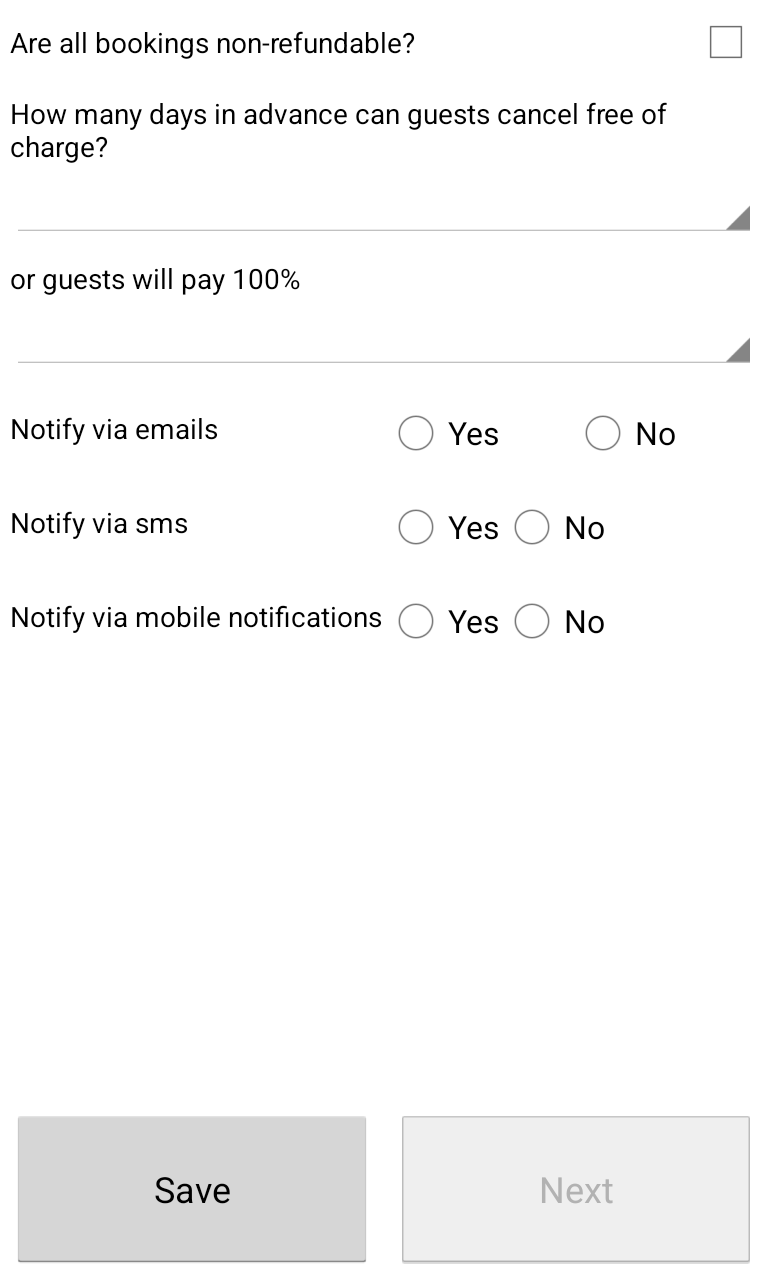
Repository: pankajk7/hotel_mockup
Layout: Hotel_MockUp/res/layout/cancellation_policy_layout.xml
These files come from the project's save history. The layout is drawn as it stood at one moment and after the next save; the edit follows.
It is drawn on a 768 x 1280 px phone screen (xhdpi) without system bars, with theme AppTheme; the app's code is not run.

Above is the layout before, as saved 2014-11-05 09:09:18.

### Hotel_MockUp/res/layout/cancellation_policy_layout.xml
<?xml version="1.0" encoding="utf-8"?>
<LinearLayout xmlns:android="http://schemas.android.com/apk/res/android"
    android:layout_width="fill_parent"
    android:layout_height="fill_parent"
    android:background="#fff"
    android:orientation="vertical" >

    <ScrollView
        android:layout_width="match_parent"
        android:layout_height="match_parent"
        android:layout_weight="1" >

        <LinearLayout
            android:layout_width="match_parent"
            android:layout_height="match_parent"
            android:orientation="vertical" >

            <LinearLayout
                android:layout_width="match_parent"
                android:layout_height="wrap_content"
                android:layout_margin="5dp"
                android:layout_weight="0"
                android:orientation="horizontal" >

                <TextView
                    style="@style/textviewstyle"
                    android:layout_width="match_parent"
                    android:layout_height="match_parent"
                    android:layout_weight="2.5"
                    android:gravity="center_vertical|left"
                    android:text="Are all bookings non-refundable?"
                    android:textSize="14dp" />

                <CheckBox
                    android:id="@+id/checkbox_cancellation_policy_nonRefundable"
                    android:layout_width="wrap_content"
                    android:layout_height="wrap_content"
                    android:layout_marginLeft="5dp" />
            </LinearLayout>

            <LinearLayout
                android:layout_width="match_parent"
                android:layout_height="wrap_content"
                android:layout_margin="5dp"
                android:layout_weight="0"
                android:orientation="vertical" >

                <TextView
                    style="@style/textviewstyle"
                    android:layout_width="match_parent"
                    android:layout_height="match_parent"
                    android:layout_weight="2.5"
                    android:gravity="center_vertical|left"
                    android:text="How many days in advance can guests cancel free of charge?"
                    android:textSize="14dp" />

                <Spinner
                    android:id="@+id/spinner_cancelllation_policy_days"
                    android:layout_width="match_parent"
                    android:layout_height="wrap_content"
                    android:layout_marginTop="5dp"
                    android:prompt="@string/condition_prompt" />
            </LinearLayout>

            <LinearLayout
                android:layout_width="match_parent"
                android:layout_height="wrap_content"
                android:layout_margin="5dp"
                android:layout_weight="0"
                android:orientation="vertical" >

                <TextView
                    style="@style/textviewstyle"
                    android:layout_width="match_parent"
                    android:layout_height="match_parent"
                    android:layout_weight="2.5"
                    android:gravity="center_vertical|left"
                    android:text="or guests will pay 100%"
                    android:textSize="14dp" />

                <Spinner
                    android:id="@+id/spinner_cancelllation_policy_condition"
                    android:layout_width="match_parent"
                    android:layout_height="wrap_content"
                    android:layout_marginTop="5dp" />
            </LinearLayout>

            <LinearLayout
                android:layout_width="match_parent"
                android:layout_height="wrap_content"
                android:layout_margin="5dp"
                android:layout_weight="0"
                android:orientation="horizontal" >

                <TextView
                    style="@style/textviewstyle"
                    android:layout_width="match_parent"
                    android:layout_height="match_parent"
                    android:layout_weight="1"
                    android:gravity="center_vertical|left"
                    android:text="Notify via emails"
                    android:textSize="14dp" />

                <RadioGroup
                    android:id="@+id/radioGroup_cancellationPolicy_email"
                    android:layout_width="match_parent"
                    android:layout_height="wrap_content"
                    android:layout_marginTop="5dp"
                    android:layout_weight="1"
                    android:orientation="horizontal" >

                    <RadioButton
                        android:id="@+id/radiobutton_cancellation_policy_emailYes"
                        android:layout_width="match_parent"
                        android:layout_height="wrap_content"
                        android:layout_weight="1"
                        android:text="Yes"
                        android:textColor="#000"/>

                    <RadioButton
                        android:id="@+id/radiobutton_cancellation_policy_emailNo"
                        android:layout_width="match_parent"
                        android:layout_height="wrap_content"
                        android:layout_weight="1"
                        android:text="No"
                        android:textColor="#000" />
                </RadioGroup>
            </LinearLayout>

            <LinearLayout
                android:layout_width="match_parent"
                android:layout_height="wrap_content"
                android:layout_margin="5dp"
                android:layout_weight="0"
                android:orientation="horizontal" >

                <TextView
                    style="@style/textviewstyle"
                    android:layout_width="match_parent"
                    android:layout_height="match_parent"
                    android:layout_weight="1"
                    android:gravity="center_vertical|left"
                    android:text="Notify via sms"
                    android:textSize="14dp" />

                <RadioGroup
                    android:id="@+id/radioGroup_cancellationPolicy_sms"
                    android:layout_width="match_parent"
                    android:layout_height="wrap_content"
                    android:layout_marginTop="5dp"
                    android:layout_weight="1"
                    android:orientation="horizontal" >

                    <RadioButton
                        android:id="@+id/radiobutton_cancellation_policy_smsYes"
                        android:text="Yes" />

                    <RadioButton
                        android:id="@+id/radiobutton_cancellation_policy_smsNo"
                        android:text="No" />
                </RadioGroup>
            </LinearLayout>

            <LinearLayout
                android:layout_width="match_parent"
                android:layout_height="wrap_content"
                android:layout_margin="5dp"
                android:layout_weight="0"
                android:orientation="horizontal" >

                <TextView
                    style="@style/textviewstyle"
                    android:layout_width="match_parent"
                    android:layout_height="match_parent"
                    android:layout_weight="1"
                    android:gravity="center_vertical|left"
                    android:text="Notify via mobile notifications"
                    android:textSize="14dp" />

                <RadioGroup
                    android:id="@+id/radioGroup_cancellationPolicy_notification"
                    android:layout_width="match_parent"
                    android:layout_height="wrap_content"
                    android:layout_marginTop="5dp"
                    android:layout_weight="1"
                    android:orientation="horizontal" >

                    <RadioButton
                        android:id="@+id/radiobutton_cancellation_policy_notificationYes"
                        android:text="Yes" />

                    <RadioButton
                        android:id="@+id/radiobutton_cancellation_policy_notificationNo"
                        android:text="No" />
                </RadioGroup>
            </LinearLayout>
        </LinearLayout>
    </ScrollView>

    <LinearLayout
        android:layout_width="match_parent"
        android:layout_height="match_parent"
        android:layout_weight="6"
        android:gravity="center"
        android:orientation="horizontal" >

        <Button
            android:id="@+id/button_cancellation_policy_save"
            android:layout_width="match_parent"
            android:layout_height="match_parent"
            android:layout_margin="5dp"
            android:layout_weight="1"
            android:text="Save" />

        <Button
            android:id="@+id/button_cancellation_policy_next"
            android:layout_width="match_parent"
            android:layout_height="match_parent"
            android:layout_margin="5dp"
            android:layout_weight="1"
            android:enabled="false"
            android:text="Next" />
    </LinearLayout>

</LinearLayout>

### Hotel_MockUp/res/values/styles.xml
<resources xmlns:android="http://schemas.android.com/apk/res/android">

    <!--
        Base application theme, dependent on API level. This theme is replaced
        by AppBaseTheme from res/values-vXX/styles.xml on newer devices.
    -->
    <style name="AppBaseTheme" parent="@android:style/Theme.Holo.Light">
        <!--
            Theme customizations available in newer API levels can go in
            res/values-vXX/styles.xml, while customizations related to
            backward-compatibility can go here.
        -->
    </style>

    <!-- Application theme. -->
    <style name="AppTheme" parent="@android:style/Theme.Holo.Light">
        <!-- All customizations that are NOT specific to a particular API-level can go here. -->
    </style>

    <style name="edittextstyle" parent="AppBaseTheme">
        <item name="android:background">@drawable/edittext_background</item>
        <item name="android:textColor">#000</item>
        <item name="android:padding">5dp</item>
    </style>

    <style name="textviewstyle" parent="AppBaseTheme">
        <item name="android:textColor">#000</item>
    </style>

</resources>

### Hotel_MockUp/res/values/strings.xml
<?xml version="1.0" encoding="utf-8"?>
<resources>

    <string name="app_name">Hotel MockUp</string>
    <string name="hello_world">Hello world!</string>
    <string name="title_activity_base">BaseActivity</string>
    <string name="steps">Steps %1$d of 4</string>
    <string name="primaryEmail">Primary Email*</string>
    <string name="name">Name*</string>
    <string name="zipcode">ZipCode*</string>
    <string name="city">City*</string>
    <string name="address">Address*</string>
    <string name="map">Map</string>
    <string name="landmark1">LandMark 1*</string>
    <string name="landmark2">LandMark 2</string>
    <string name="website">Website</string>
    <string name="checkin">Check in Time</string>
    <string name="checkout">Check out Time</string>
    <string name="cutoff">Cut off Time</string>
    <string name="sameday">Same Day</string>
    <string name="days">Days</string>
    <string name="totalroom">Total no. of rooms</string>
    <string name="facilities">Select Facilities</string>
    <string name="Description">Description</string>
    <string name="twitterlink">Twitter Link</string>
    <string name="facebooklink">Facebook Link</string>
    <string name="title_activity_information">InformationActivity</string>
    <string name="primary_contact_information">Primary Contact Information</string>
    <string name="primary_landline">Landline No.</string>
    <string name="primary_mobile">Mobile No.</string>
    <string name="primary_email">Email</string>
    <string name="billing_landline">LandLine No.</string>
    <string name="billing_mobile">Mobile No.</string>
    <string name="billing_email">mobile</string>
    <string name="owner_landline">LandLine No.</string>
    <string name="owner_mobile">Mobile No.</string>
    <string name="owner_email">mobile</string>
    <string name="billing_contact_information">Billing Contact Information</string>
    <string name="owner_contact_information">Owner Contact Information</string>
    <string name="title_activity_image">ImageActivity</string>
    <string name="title_activity_cancellation_policy">CancellationPolicyActivity</string>

    <string-array name="Days">
        <item>Day of arrival (Check in time)</item>
        <item>day 1</item>
        <item>day 2</item>
        <item>day 3</item>
        <item>day 7</item>
        <item>day 14</item>
    </string-array>
    <string-array name="Condition">
        <item>of the first night</item>
        <item>of the full stay</item>
    </string-array>

    <string name="condition_prompt">Select Days</string>

    <string name="title_activity_login">LoginActivity</string>

</resources>

### Hotel_MockUp/res/values-v11/styles.xml
<resources>

    <!--
        Base application theme for API 11+. This theme completely replaces
        AppBaseTheme from res/values/styles.xml on API 11+ devices.
    -->
    <style name="AppBaseTheme" parent="">
        <!-- API 11 theme customizations can go here. -->
    </style>

</resources>

### Hotel_MockUp/res/values-v14/styles.xml
<resources>

    <!--
        Base application theme for API 14+. This theme completely replaces
        AppBaseTheme from BOTH res/values/styles.xml and
        res/values-v11/styles.xml on API 14+ devices.
    -->
    <style name="AppBaseTheme" parent="">
        <!-- API 14 theme customizations can go here. -->
    </style>

</resources>

After the next save:
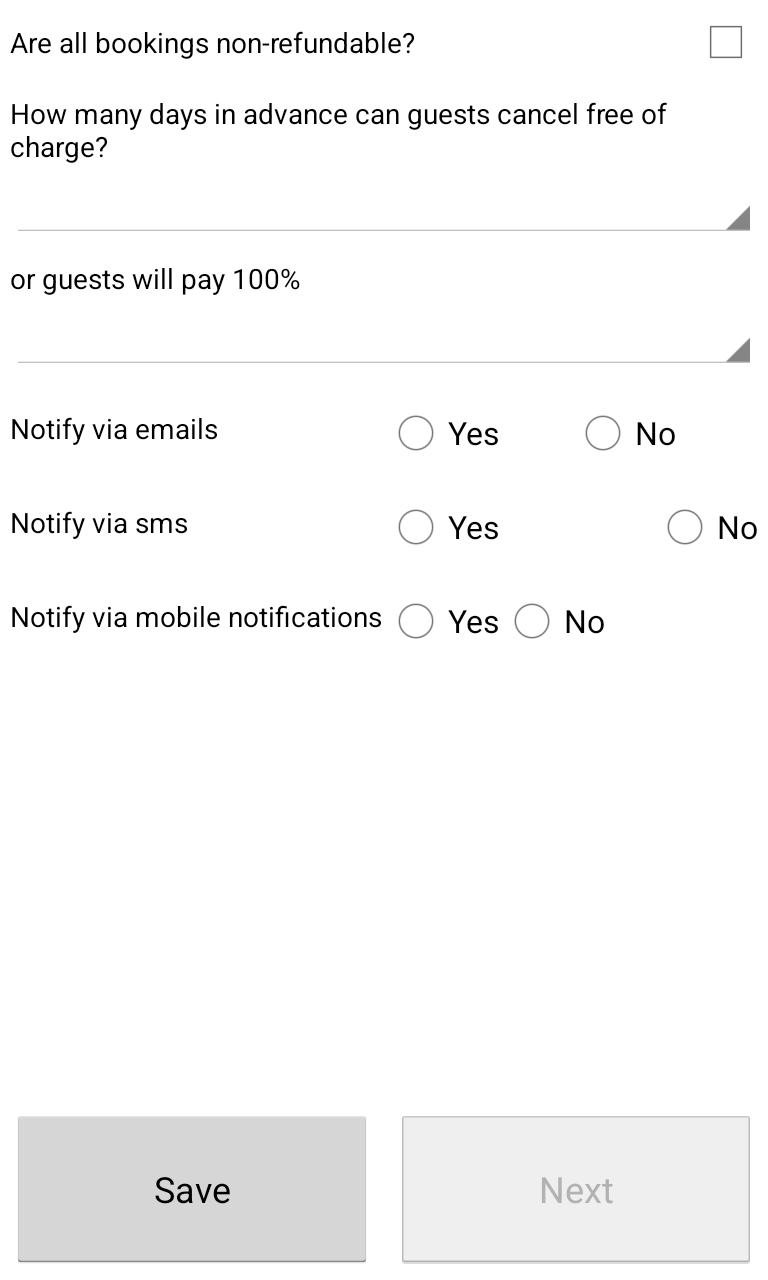
Saved 82 s later.
--- a/Hotel_MockUp/res/layout/cancellation_policy_layout.xml
+++ b/Hotel_MockUp/res/layout/cancellation_policy_layout.xml
@@ -153,7 +153,11 @@
 
                     <RadioButton
                         android:id="@+id/radiobutton_cancellation_policy_smsYes"
-                        android:text="Yes" />
+                        android:layout_width="match_parent"
+                        android:layout_height="wrap_content"
+                        android:layout_weight="1"
+                        android:text="Yes"
+                        android:textColor="#000" />
 
                     <RadioButton
                         android:id="@+id/radiobutton_cancellation_policy_smsNo"
